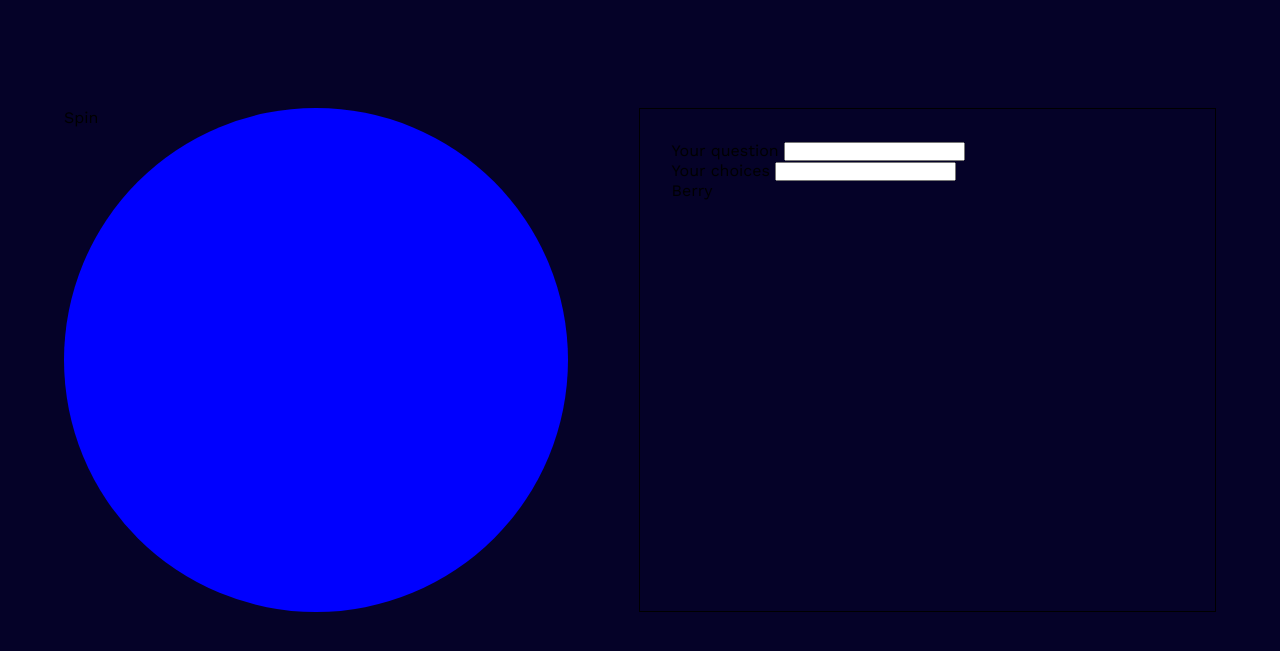
Repository: emiliaiwu/choice_wheel_spinner
Page: index.html
An editor plug-in stored every save of this project. The page is shown before and after the next save, followed by the edit.
The browser window is 1280 px wide. The pictures show the whole page.

Above is the page before, as saved 2023-01-09 23:32:11.

After the next save:
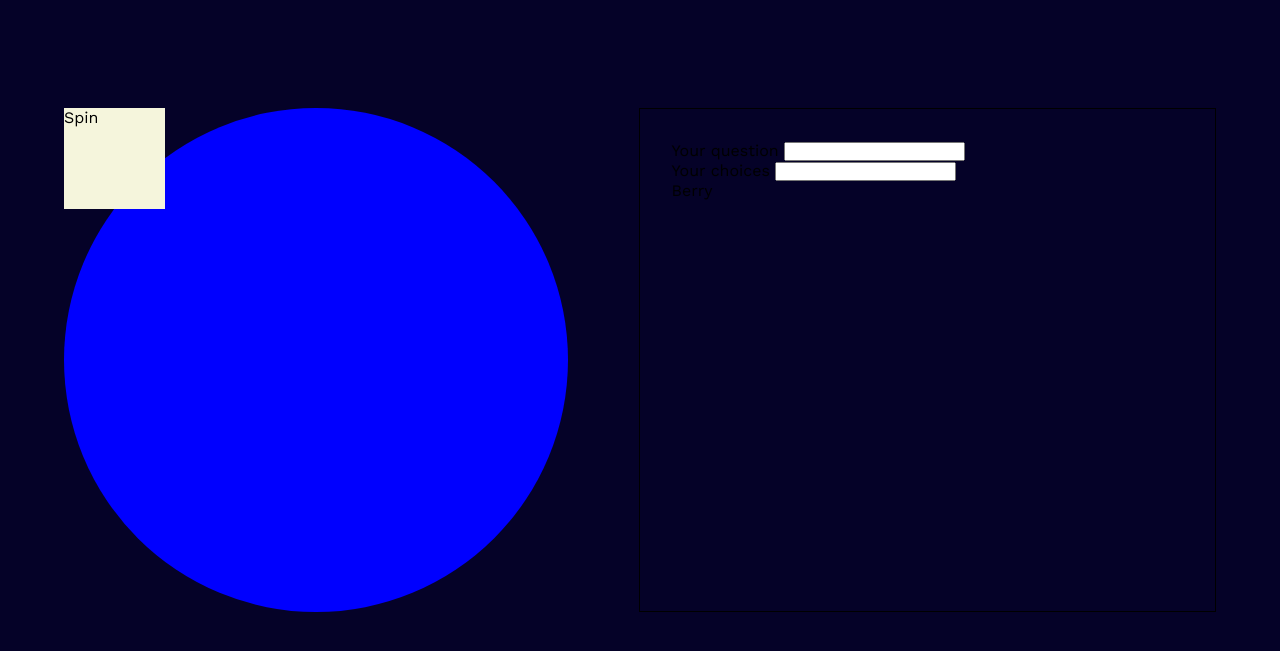
Saved 4 s later.
--- a/style.css
+++ b/style.css
@@ -45,7 +45,7 @@
 .spin {
     width: 20%;
     height: 20%;
-    background-color: ;
+    background-color: beige;
 }
 
 
